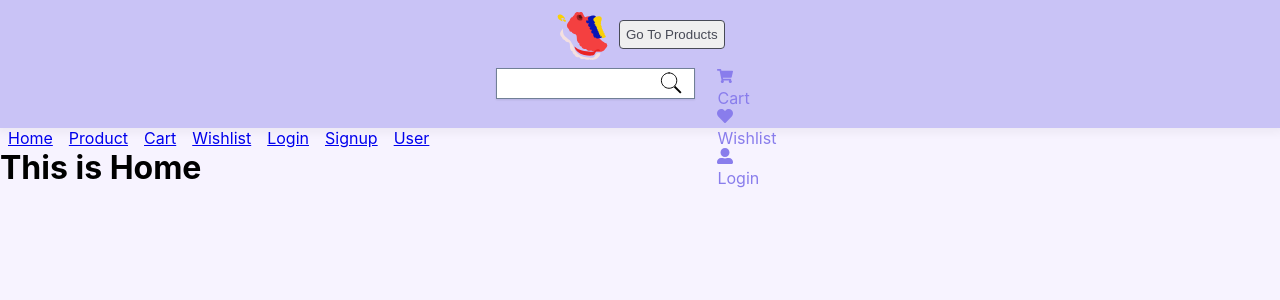
Repository: Irfan-vit/shoecase
Page: /
The author's editor kept a copy of each file at every save. The page is drawn from the files as they stood at one save, then again after the next save.
The browser window is 1280 px wide. The pictures show the whole page.
The page's requests for data from a server got no answer. The project was rebuilt for these pictures with package versions that can differ from the ones it lists, and the page was loaded fresh each time. No one was signed in, and anything a server would have sent is missing. Also part of the build but not shown: src/pages/Product/ProductPage.jsx, src/pages/cart/CartPage.jsx, src/pages/wishlist/WishlistPage.jsx, src/pages/login/LoginPage.jsx, src/pages/signup/SignupPage.jsx, src/pages/user/StyledUser.jsx, src/components/forms/addAddress/AddAddress.jsx, src/components/forms/editAddress/EditAddress.jsx and 4 more.

Above is the page before, as saved 2023-05-22 04:49:27.

After the next save:
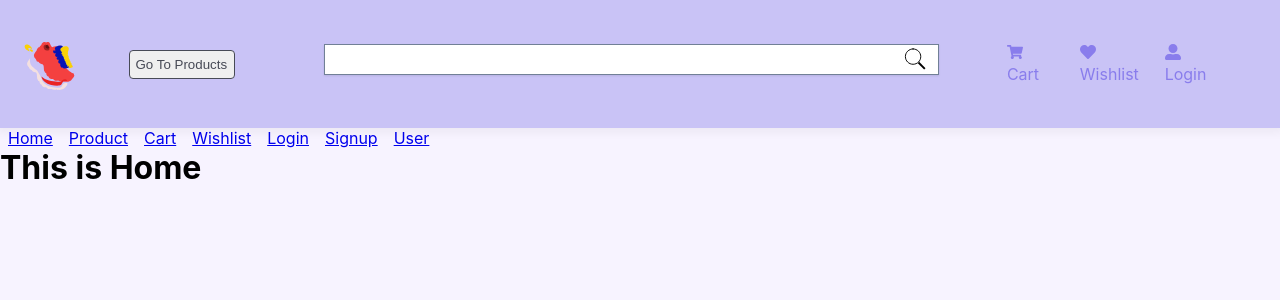
Saved 8 s later.
--- a/src/styles/NavBarStyles.jsx
+++ b/src/styles/NavBarStyles.jsx
@@ -15,7 +15,7 @@
   background-color: ${(props) => props.theme.offSetBg};
   margin: 0 auto;
   display: flex;
-  flex-flow: column;
+
   > :nth-child(1) {
     display: flex;
     justify-content: center;

After the 2 saves that followed:
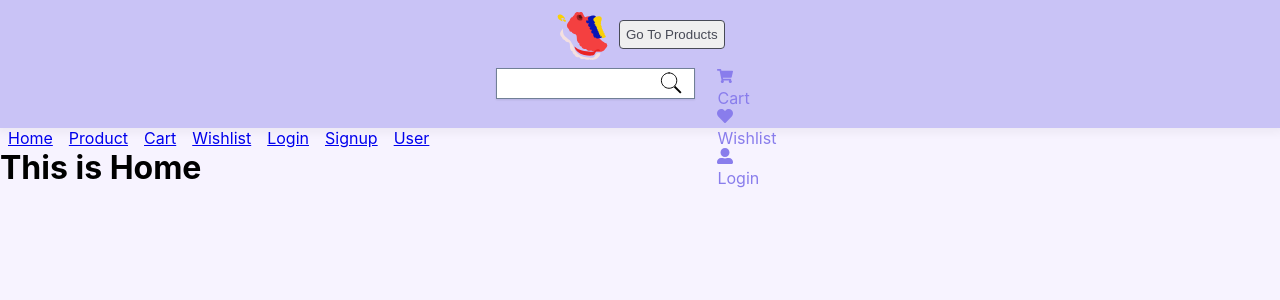
The 2 saves are shown as one change because they came seconds apart.
The last was saved 11 s later.
--- a/src/styles/NavBarStyles.jsx
+++ b/src/styles/NavBarStyles.jsx
@@ -15,7 +15,7 @@
   background-color: ${(props) => props.theme.offSetBg};
   margin: 0 auto;
   display: flex;
-
+  flex-flow: column;
   > :nth-child(1) {
     display: flex;
     justify-content: center;
